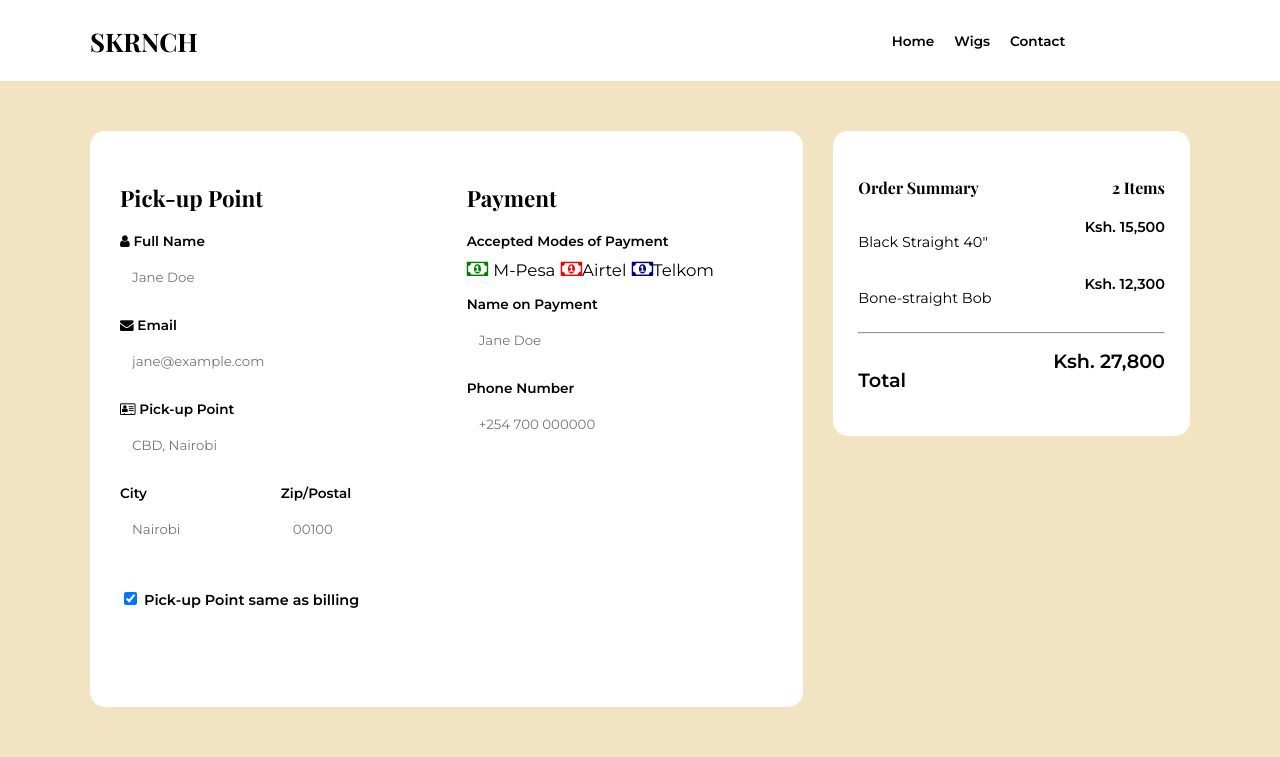
Repository: ndirituart/Portfolio
Page: paymentpage.html
These files come from the project's save history. The page is drawn as it stood at one moment and after the next save; the edit follows.
The browser window is 1280 px wide. The pictures show the whole page.
Some web fonts or font styles are not loaded; a fallback is used.

Above is the page before, as saved 2026-02-04 13:50:53.

### paymentpage.html
<!DOCTYPE html>
<html lang="en">
<head>
    <meta charset="UTF-8">
    <meta name="viewport" content="width=device-width, initial-scale=1.0">
    <title>Checkout | SKRNCH </title>
    <link href="https://fonts.googleapis.com/css2?family=Playfair+Display:ital,wght@0,700;1,700&family=Montserrat:wght@400;600&display=swap" rel="stylesheet">
    <link rel="stylesheet" href="https://cdnjs.cloudflare.com/ajax/libs/font-awesome/4.7.0/css/font-awesome.min.css">
</head>
<body>

    <header class="main-header">
        <div class="container">
            <div class="logo">SKRNCH </div>
            <nav>
                <ul>
                    <li><a href="Homepage.html">Home</a></li>
                    <li><a href="buywigs.html">Wigs</a></li>
                    <li><a href="contact.html">Contact</a></li>
                    <li><a href="about.html" class="btn-small">About Us</a></li>
                </ul>
            </nav>
        </div>
    </header>

    <main class="container checkout-section">
        <div class="checkout-grid">

            <div class="checkout-form-container">
                <form action="/submit_payment">
                    <div class="form-row">
                        <div class="form-col">
                            <h3>Pick-up Point</h3>
                            <label for="fname"><i class="fa fa-user"></i> Full Name</label>
                            <input type="text" id="fname" name="firstname" placeholder="Jane Doe">

                            <label for="email"><i class="fa fa-envelope"></i> Email</label>
                            <input type="text" id="email" name="email" placeholder="jane@example.com">

                            <label for="adr"><i class="fa fa-address-card-o"></i> Pick-up Point</label>
                            <input type="text" id="adr" name="address" placeholder="CBD, Nairobi">

                            <div class="inner-row">
                                <div class="form-col">
                                    <label for="city">City</label>
                                    <input type="text" id="city" name="city" placeholder="Nairobi">
                                </div>
                                <div class="form-col">
                                    <label for="zip">Zip/Postal</label>
                                    <input type="text" id="zip" name="zip" placeholder="00100">
                                </div>
                            </div>
                        </div>

                        <div class="form-col">
                            <h3>Payment</h3>
                            <label>Accepted Modes of Payment</label>
                            <div class="icon-container">
                                 <i class="fa fa-money" style="color:green;"></i> <small>M-Pesa</small>
                                <i class="fa fa-money" style="color:red;"></i><small>Airtel</small>
                                 <i class="fa fa-money" style="color:navy;"></i><small>Telkom</small>
                            </div>

                            <label for="cname">Name on Payment</label>
                            <input type="text" id="cname" name="customername" placeholder="Jane Doe">

                            <label for="ccnum">Phone Number</label>
                            <input type="text" id="phnum" name="phonenumber" placeholder="+254 700 000000">
                        </div>
                    </div>

                    <label class="checkbox-container">
                        <input type="checkbox" checked="checked" name="sameadr"> Pick-up Point same as billing
                    </label>
                    <button type="submit" class="btn-checkout">Complete Secure Payment</button>
                </form>
            </div>

            <div class="cart-summary">
                <h4>Order Summary <span class="cart-count">2 Items</span></h4>
                <div class="cart-item">
                    <p>Black Straight 40"</p>
                    <span class="item-price">Ksh. 15,500</span>
                </div>
                <div class="cart-item">
                    <p>Bone-straight Bob</p>
                    <span class="item-price">Ksh. 12,300</span>
                </div>
                <hr>
                <div class="cart-total">
                    <p>Total</p>
                    <span>Ksh. 27,800</span>
                </div>
            </div>
        </div>
    </main>

    </body>
</html>

    <style>
          :root {
    /* Primary Background & UI */
    --cream: #F2E3C2;
    --sand: #E5DED2;

    /* Brand & Accent Colors */
    --bronze: #A67C52;
    --gold-leaf: #C5B081;
    --deep-cocoa: #967969;

    /* Layout & Typography */
    --max-width: 1200px;
    --heading-font: 'Playfair Display', serif;
    --body-font: 'Montserrat', sans-serif;
}

        body {
            background-color: var(--cream);
            font-family: var(--body-font);
            color: var(--burgundy);
            margin: 0;
        }

        .container {
            max-width: 1100px;
            margin: 0 auto;
            padding: 0 20px;
        }

        /* --- HEADER --- */
        .main-header {
            background: white;
            padding: 15px 0;
            border-bottom: 1px solid var(--pink);
            position: sticky;
            top: 0;
            z-index: 100;
        }

        .main-header .container {
            display: flex;
            justify-content: space-between;
            align-items: center;
        }

        .logo {
            font-family: var(--heading-font);
            font-size: 1.6rem;
            font-weight: 700;
        }

        nav ul {
            display: flex;
            list-style: none;
            gap: 20px;
            align-items: center;
        }

        nav ul li a {
            text-decoration: none;
            color: var(--burgundy);
            font-weight: 600;
            font-size: 0.85rem;
        }

        .btn-small {
            background: var(--burgundy);
            color: white !important;
            padding: 8px 20px;
            border-radius: 50px;
        }

        /* --- CHECKOUT GRID --- */
        .checkout-section { padding: 50px 20px; }

        .checkout-grid {
            display: grid;
            grid-template-columns: 2fr 1fr;
            gap: 30px;
            align-items: start;
        }

        .checkout-form-container {
            background: white;
            padding: 30px;
            border-radius: 15px;
            border: 1px solid var(--pink);
        }

        .form-row {
            display: grid;
            grid-template-columns: 1fr 1fr;
            gap: 40px;
        }

        .inner-row {
            display: grid;
            grid-template-columns: 1fr 1fr;
            gap: 15px;
        }

        h3 {
            font-family: var(--heading-font);
            margin-bottom: 20px;
            font-size: 1.4rem;
        }

        label {
            display: block;
            margin-bottom: 8px;
            font-size: 0.85rem;
            font-weight: 600;
        }

        input[type="text"] {
            width: 100%;
            padding: 12px;
            margin-bottom: 20px;
            border: 1px solid var(--pink);
            border-radius: 8px;
            font-family: var(--body-font);
        }

        input[type="text"]:focus {
            outline: none;
            border-color: var(--rose);
            background-color: #fffafb;
        }

        .icon-container {
            font-size: 20px;
            margin-bottom: 15px;
        }

        .checkbox-container {
            margin: 20px 0;
            font-size: 0.9rem;
        }

        .btn-checkout {
            background: var(--burgundy);
            color: white;
            width: 100%;
            padding: 15px;
            border: none;
            border-radius: 8px;
            font-weight: 700;
            font-size: 1rem;
            cursor: pointer;
            transition: 0.3s;
        }

        .btn-checkout:hover {
            background: var(--rose);
        }

        /* --- SUMMARY SIDEBAR --- */
        .cart-summary {
            background: white;
            padding: 25px;
            border-radius: 15px;
            border: 1px solid var(--pink);
            position: sticky;
            top: 100px;
        }

        .cart-summary h4 {
            display: flex;
            justify-content: space-between;
            margin-bottom: 20px;
            font-family: var(--heading-font);
        }

        .cart-item {
            display: flex;
            justify-content: space-between;
            margin-bottom: 10px;
            font-size: 0.9rem;
        }

        .item-price { font-weight: 600; }

        .cart-total {
            display: flex;
            justify-content: space-between;
            font-weight: 700;
            font-size: 1.2rem;
            margin-top: 15px;
        }

        /* RESPONSIVE */
        @media (max-width: 850px) {
            .checkout-grid { grid-template-columns: 1fr; }
            .form-row { grid-template-columns: 1fr; gap: 20px; }
            .cart-summary { order: -1; position: static; }
        }
    </style>

After the next save:
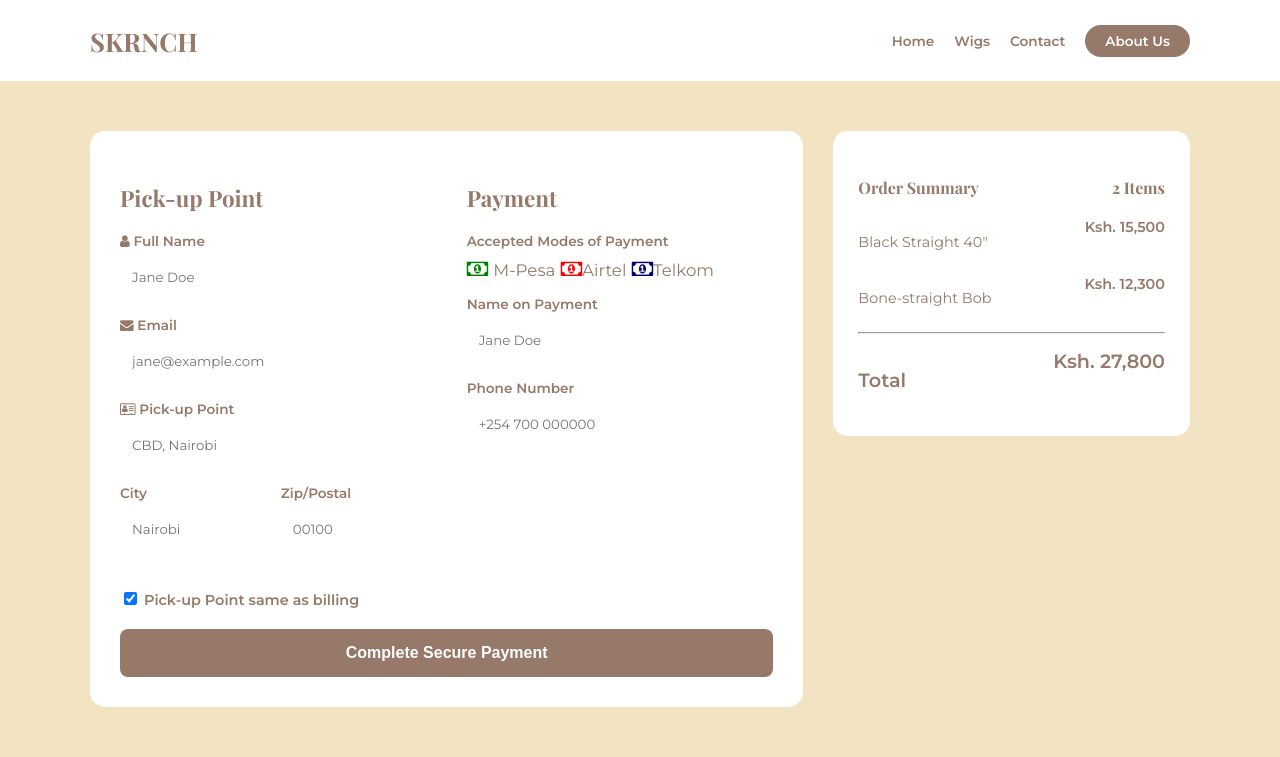
Saved 4 s later.
--- a/paymentpage.html
+++ b/paymentpage.html
@@ -118,7 +118,7 @@
         body {
             background-color: var(--cream);
             font-family: var(--body-font);
-            color: var(--burgundy);
+            color: var(--deep-cocoa);
             margin: 0;
         }
 
@@ -159,13 +159,13 @@
 
         nav ul li a {
             text-decoration: none;
-            color: var(--burgundy);
+            color: var(--deep-cocoa);
             font-weight: 600;
             font-size: 0.85rem;
         }
 
         .btn-small {
-            background: var(--burgundy);
+            background: var(--deep-cocoa);
             color: white !important;
             padding: 8px 20px;
             border-radius: 50px;
@@ -239,7 +239,7 @@
         }
 
         .btn-checkout {
-            background: var(--burgundy);
+            background: var(--deep-cocoa);
             color: white;
             width: 100%;
             padding: 15px;
